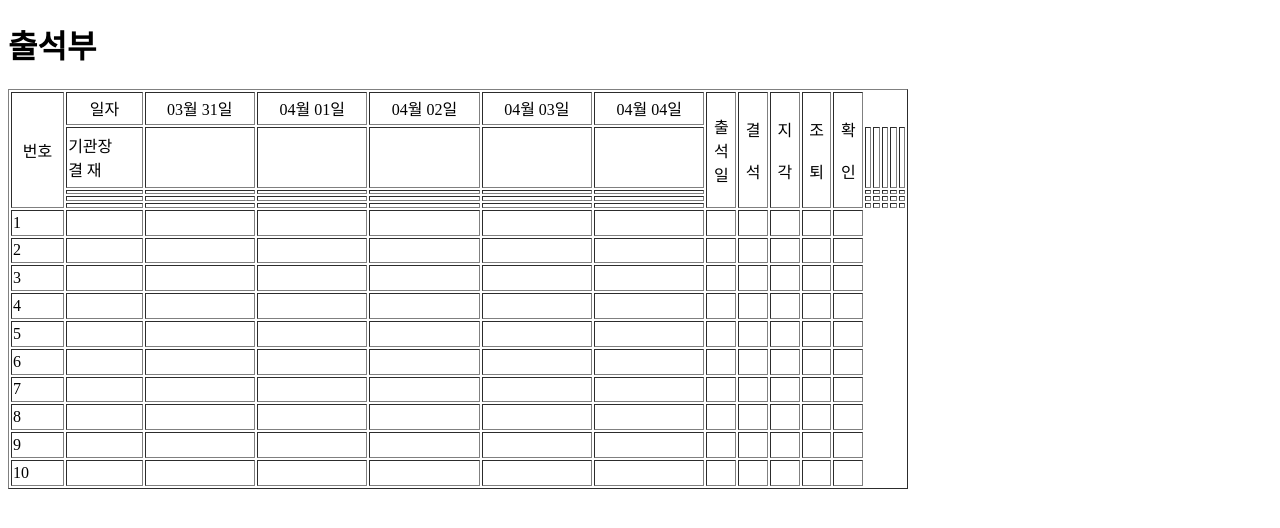
Repository: sungken/htmlProject
Page: ClientTest/src/main/webapp/html/test/table2.html
An editor plug-in stored every save of this project. The page is shown before and after the next save, followed by the edit.
The browser window is 1280 px wide. The pictures show the whole page.

Above is the page before, as saved 2024-03-13 08:54:13.

After the next save:
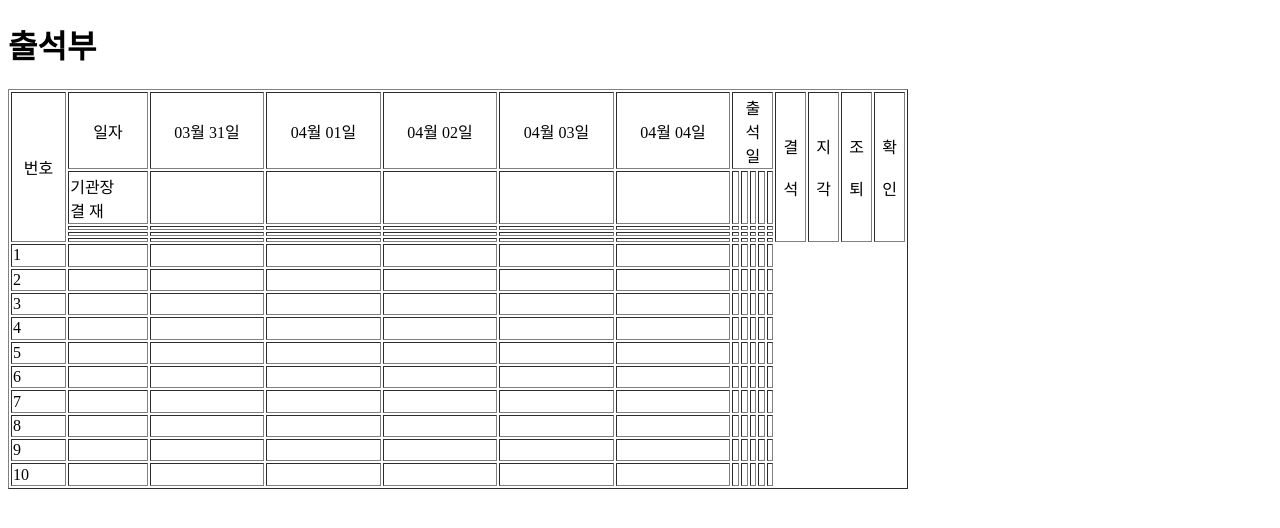
Saved 19 s later.
--- a/ClientTest/src/main/webapp/html/test/table2.html
+++ b/ClientTest/src/main/webapp/html/test/table2.html
@@ -15,7 +15,7 @@
 		<td>04월 02일</td>
 		<td>04월 03일</td>
 		<td>04월 04일</td>
-		<td rowspan="5">출<br>석<br>일</td>
+		<td colspan="5">출<br>석<br>일</td>
 		<td rowspan="5">결<br><br>석</td>
 		<td rowspan="5">지<br><br>각</td>
 		<td rowspan="5">조<br><br>퇴</td>
